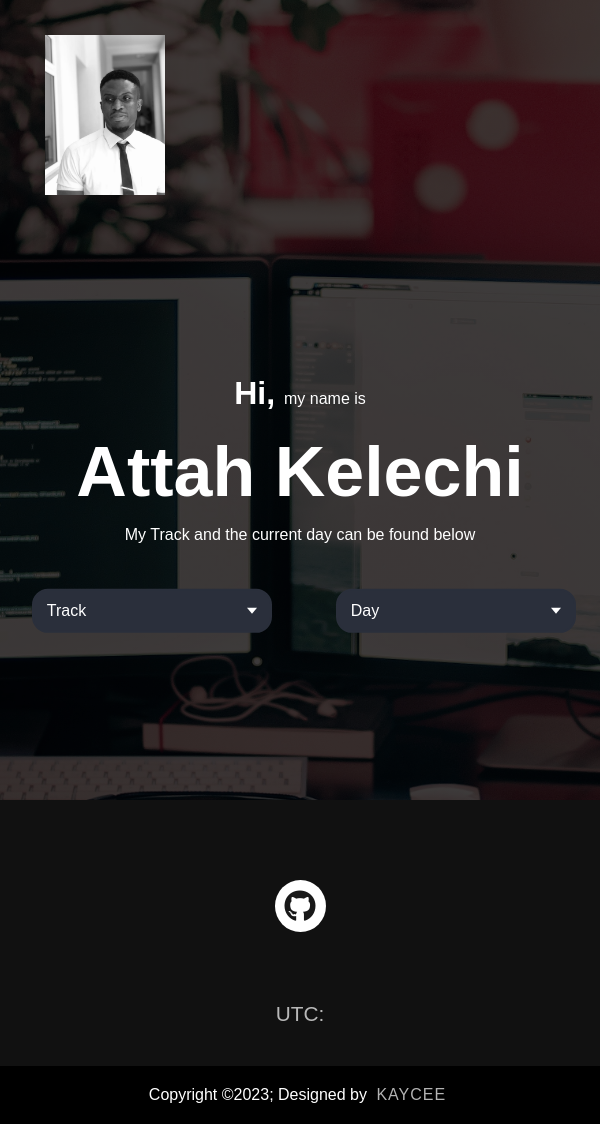
Repository: Kaycee-attah/HNG-Internship_2023
Page: index.html
An editor plug-in stored every save of this project. The page is shown before and after the next save, followed by the edit.
The browser window is 600 px wide. The pictures show the whole page.

Above is the page before, as saved 2023-09-07 12:25:46.

After the next save:
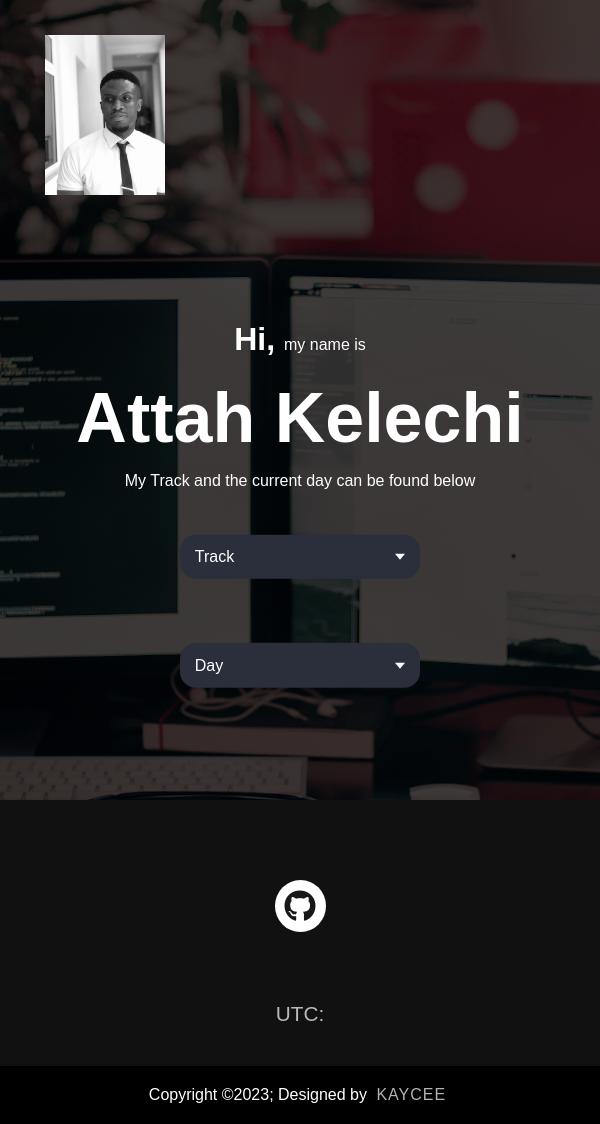
Saved 108 s later.
--- a/style.css
+++ b/style.css
@@ -183,35 +183,6 @@ body{
     opacity: 1;
 }
 
-
-button{
-    width: 200px;
-    padding: 15px 0;
-    text-align: center;
-    margin: 20px 10px;
-    border-radius: 25px;
-    font-weight: bold;
-    border: 2px solid #009688;
-    background: transparent;
-    color: #fff;
-    cursor: pointer;
-    position: relative;
-    overflow: hidden;
-}
-.btn{
-    background: #009688;
-    height: 100%;
-    width: 0;
-    border-radius: 25px;
-    position: absolute;
-    left: 0;
-    bottom: 0;
-    z-index: -1;
-    transition: 0.5s;
-}
-button:hover span{
-    width: 100%;
-}
 footer{
     background-color: #111;
     width: 100%;
@@ -286,6 +257,10 @@ footer{
         display: flex;
         flex-direction: column;
     }
+    .track_info {
+        display: flex;
+        flex-direction: column;
+    }
     .footer_Info ul{
         flex-direction: column;
     }
